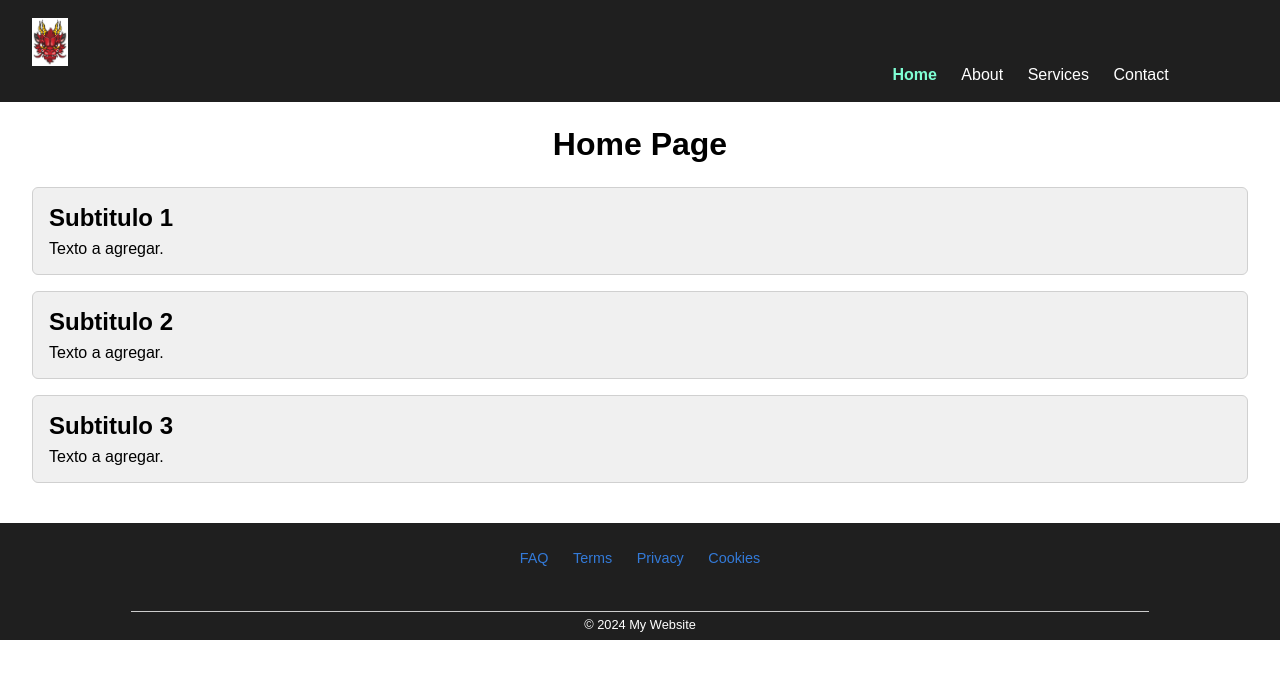
Repository: andreamm-lab/basic-navigation-example-2025-10
Page: index.html
The author's editor kept a copy of each file at every save. The page is drawn from the files as they stood at one save, then again after the next save.
The browser window is 1280 px wide. The pictures show the whole page.

Above is the page before, as saved 2025-11-06 19:35:32.

### index.html
<!DOCTYPE html>
<html lang="en">
<head>
    <meta charset="UTF-8">
    <meta name="viewport" content="width=device-width, initial-scale=1.0">
    <title>Basic Nav Example</title>
    <link rel="stylesheet" href="./main.css">
</head>
<body>
    <header>
        <!--Primary navigation-->
        <nav aria-label="Primary navigation">
            <a href="index.html">
                <img src="images/dragon.png" alt="Dragon logo">
            </a>
            <span class="spacer"></span>
            <!--<span class="spacer"></span> --Commeted to delete violet line-->
            <ul>
                <li><a href="index.html" class="current">Home</a></li>
                <li><a href="pages/about.html">About</a></li>
                <li><a href="pages/services.html">Services</a></li>
                <li><a href="pages/contact.html">Contact</a></li>
            </ul>
        </nav>
    </header>

    <main class="home-main">
        <h1 id="page-title">Home Page</h1>

        <div class="card-grid">
            <article class="card">
                <h2>Subtitulo 1</h2>
                <p>Texto a agregar.</p>
            </article>
            <article class="card">
                <h2>Subtitulo 2</h2>
                <p>Texto a agregar.</p>
            </article>
            <article class="card">
                <h2>Subtitulo 3</h2>
                <p>Texto a agregar.</p>
            </article>
        </div>
    </main>

    <!--Footer navigation-->
    <footer id="main-footer">
        <nav aria-label="Footer navigation">
            <ul>
                <li><a href="#">FAQ</a></li>
                <li><a href="#">Terms</a></li>
                <li><a href="#">Privacy</a></li>
                <li><a href="#">Cookies</a></li>
            </ul>
        </nav>
        <hr class="footer-line">
        <p>© 2024 My Website</p>
    </footer>
</body>
</html>

### main.css
/* 1.------------------------------------------------ General Setup ---------------------------------------------*/

* {
    box-sizing: border-box; /* How to calculate dimensiones */
    margin: 0; /* Distance beetween words */
    padding: 0; /* viñetas */
}

/* All Font Page */
body {
    font-family: Arial, Helvetica, sans-serif;
    background-color: #ffffff;
    color: #000;
}



/* 2.---------------------------------------- Header - Upper Menu - Encabezado ---------------------------------*/

/* background box and colors */
nav {
    padding: 18px 32px;
    min-height: 80px;
    background-color: #1F1F1F;
}

/* Icon - Image */
nav img {
    max-height: 48px;
    background-color: white;
}

img {
    display: block;
}

/* Top Horizontal Menu */
/* Aligning calculation*/
.spacer {
    display: inline-block;
    width: calc(100% - 40px - 320px);
} /* If 0 first number: result left. If 100% results right */

/* Text Relation with image */
nav ul {
    list-style: none;
    display: inline-block;
    vertical-align: bottom;
}

/* Words Distribution */
nav ul li {
    display: inline-block; /* Horizontal */
    margin-right: 20px;
}

/* ask */
nav ul li:last-child {
    margin-right: 0;
}

nav ul li a {
    text-decoration: none
    ;
}

/* Word Colors depending their status */
/* Word clicked */
nav ul li a:link,
nav ul li a:visited {
    color: white;
}

/* Text color if we are in the current page*/
nav ul li a.current {
    color: aquamarine;
    font-weight: bold;
}

/* Mouse over the word */
nav ul li a:hover {
    color: rgb(92, 229, 0);
}


/*2.2: special part -------------------------------- Side Menu --------------------------------------------------*/


/* Side menu on Services */
.page {
    display: block;
}

.main-content {
    display: inline-block;
    width: 69%;
    vertical-align: top;
}

.side-nav {
    display: inline-block;
    width: 28%;
    background-color: #2a2a2a;
    color: #fff;
    margin-left: 1%;
    padding: 16px;
    min-height: 320px;
    border: 1px solid #000;
}

.side-nav h2 {
    margin-bottom: 12px;
}

.side-nav ul {
    list-style: none;
}

.side-nav ul li {
    margin-bottom: 8px;
    display: block;
}

.side-nav ul li a {
    color: #4bb4ff;
    text-decoration: none;
}

.side-nav ul li a:hover {
    text-decoration: underline;
}

/*3.--------------------------------------- Body - White Space for Content ---------------------------------------*/

/* Space size */
main {
    display: block;
    padding: 24px 32px;
    min-height: 400px;
}

/* Home Page Title */
#page-title {
    font-size: 2rem;
}

.home-main h1 {
    text-align: center;
    margin-bottom: 24px;
}

/* text cards */
.card-grid {
    display: block; /* vertical align */
}

.card {
    background-color: #f0f0f0;
    border: 1px solid #d0d0d0;
    border-radius: 6px;
    padding: 16px;
    margin-bottom: 16px;
}

.card h2 {
    margin-bottom: 8px;
}

/*4.-----------------------------------------------------Footer--------------------------------------------------- */

/* FAQ, Terms, etc. */

#main-footer nav ul {
    display: inline-block;
    list-style: none;
    margin-bottom: 0px; /* Distance between FAQ text and white line */
    padding: 0px;
    border: 0px;
}

#main-footer nav ul li {
    display: inline-block;
    margin: 0 10px; /*Distance between words in footer: FAQ, Terms, etc. */
}

#main-footer nav ul li a {
    color: rgb(51, 122, 216); /* Text color */
    text-decoration: none;
    font-size: 0.9rem;
}

/* Line separation */

.footer-line {
  border: none;
  border-top: 1px solid #ccc;
  margin: 0px auto 5px;
  width: 80%;
}


/* Last Line Text: My Website */
#main-footer {
    background-color: #1F1F1F;
    color: rgb(255, 255, 255);
    text-align: center;
    padding: 8px 4px; /* 1st number: inferior margin | 2nd: weight and it affects the line also. */
}

#main-footer p {
    font-size: 0.8rem; /* Font size. 'P' is necessary because */
}

After the next save:
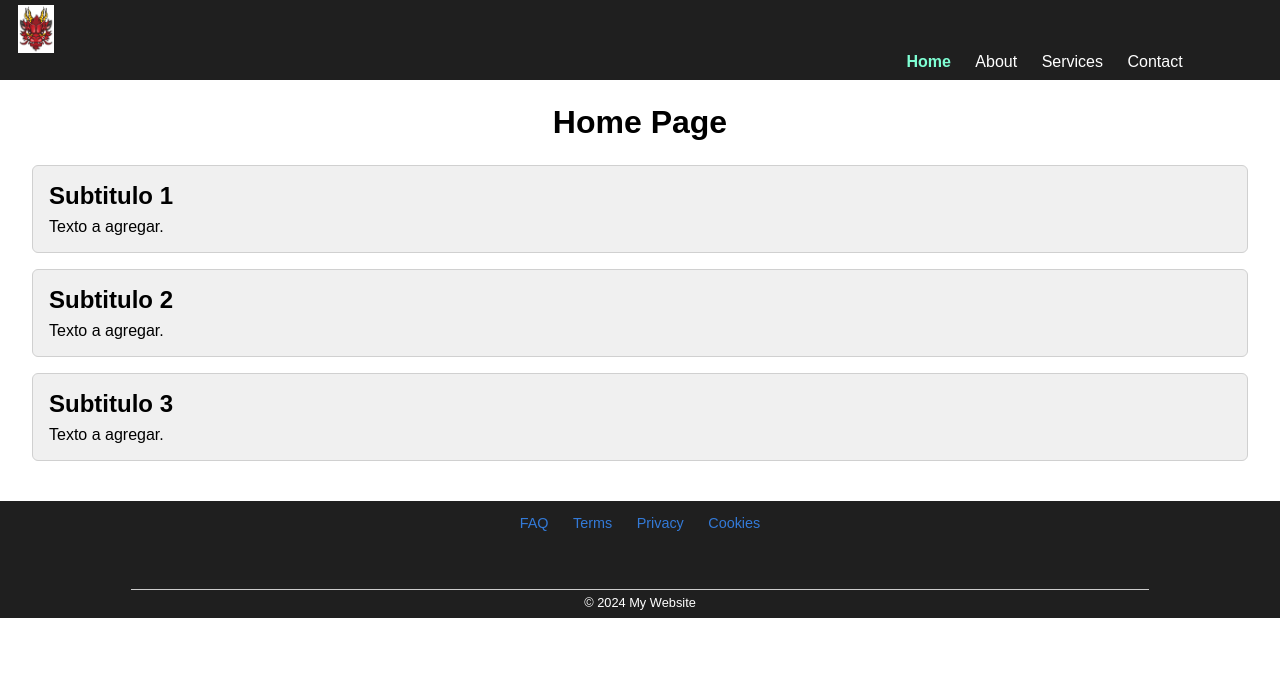
Saved 16 s later.
--- a/main.css
+++ b/main.css
@@ -19,7 +19,7 @@ body {
 
 /* background box and colors */
 nav {
-    padding: 18px 32px;
+    padding: 5px 18px;
     min-height: 80px;
     background-color: #1F1F1F;
 }
